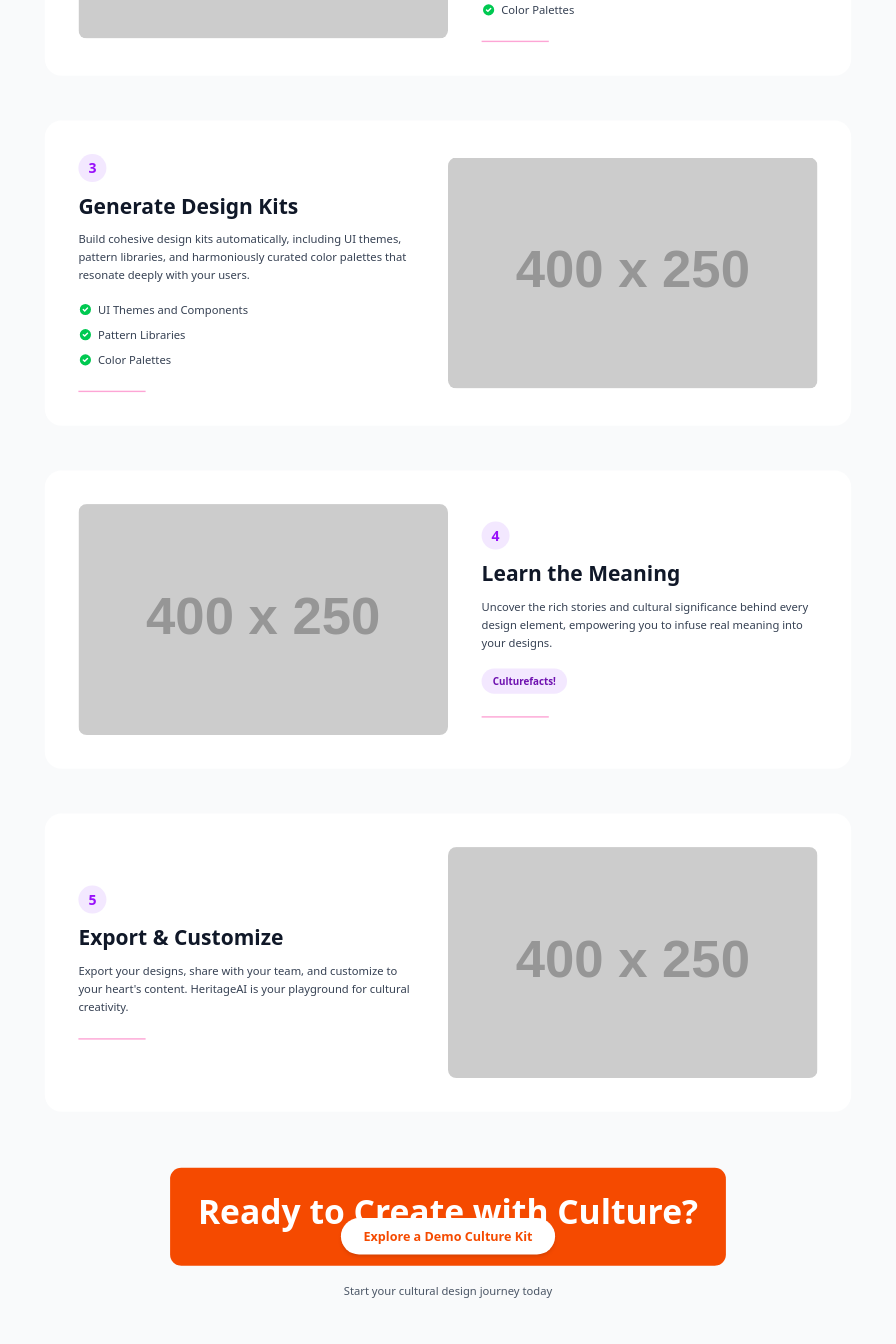
Repository: Em-driod/Heritage
Page: /
The author's editor kept a copy of each file at every save. The page is drawn from the files as they stood at one save, then again after the next save.
The browser window is 1280 px wide. The pictures show the part of the page from y = 4363 to 6283 px (the page is 6283 px tall), at 70% of full size.
The project was rebuilt for these pictures with package versions that can differ from the ones it lists, and the page was loaded fresh each time. Also part of the build but not shown: vite.config.ts.

Above is the page before, as saved 2025-07-08 16:34:04.

### src/App.tsx
// src/App.tsx
import React from 'react';
import { BrowserRouter as Router, Route, Routes } from 'react-router-dom';
import Home from './pages/home';



const App: React.FC = () => {
  return (
    <Router>
      <div>


        <Routes>
          <Route path="/" element={<Home />} />


        </Routes>
      </div>
    </Router>
  );
};

export default App;

### src/pages/home.tsx
import Hero from "../components/Hero"
import Landsecont from "../components/landsecont"
import Landthird from "../components/landthird"
import Landfourth from "../components/landfourth"
import Landfifth from "../components/landfifth"

const Home = () => {
  return (
    <div>
      <Hero />
      <Landsecont />
      <Landthird />
     <Landfourth />
     <Landfifth />
    </div>
  )
}

export default Home

### src/components/landthird.tsx


const Landthird = () => {
  return (
    <div className="flex justify-center items-center py-20 px-4 sm:px-6 lg:px-8 bg-white">
      <div className="flex flex-col lg:flex-row items-center justify-center gap-8 w-full max-w-6xl">

        {/* Card 1: 2 minutes search */}
        <div className="flex-1 bg-white border border-orange-300 rounded-xl shadow-lg p-6 text-center h-48 flex flex-col justify-center transition-transform duration-300 hover:scale-105">
          <p className="text-3xl font-bold text-red-500 mb-2">
            2 minutes search
            <br />
            with <span className="bg-yellow-300 px-1 rounded-md">HeritageAI</span>
          </p>
          <p className="text-sm text-gray-600">
            Vs. Traditional research today
          </p>
        </div>

        {/* Card 2: 85% Success */}
        <div className="flex-1 bg-white border border-orange-300 rounded-xl shadow-lg p-6 text-center h-48 flex flex-col justify-center transition-transform duration-300 hover:scale-105">
          <p className="text-3xl font-bold text-orange-500 mb-2">
            85%
            <br />
            Success
          </p>
          <p className="text-sm text-gray-600">
            vs Generic search
          </p>
        </div>

        {/* Card 3: 10x faster discoveries */}
        <div className="flex-1 bg-white border border-orange-300 rounded-xl shadow-lg p-6 text-center h-48 flex flex-col justify-center transition-transform duration-300 hover:scale-105">
          <p className="text-3xl font-bold text-blue-500 mb-2">
            10x faster
            <br />
            discoveries
          </p>
          <p className="text-sm text-gray-600">
            with <span className="bg-yellow-300 px-1 rounded-md">HeritageAI</span>
          </p>
        </div>

      </div>
    </div>
  );
};

export default Landthird;

### src/components/landfourth.tsx
import React from 'react';

const Landfourth = () => {
  return (
    <div className="bg-[#fef8f5] min-h-screen flex flex-col items-center justify-center py-20 px-4 sm:px-6 lg:px-8">
      {/* Top Section: What HeritageAI Gives You */}
      <div className="text-center mb-16">
        <div className="inline-flex items-center bg-white rounded-full py-2 px-4 shadow-sm mb-6">
          <img
            src="/path-to-heritageai-icon.png" // Placeholder, replace with your actual icon path
            alt="HeritageAI Icon"
            className="w-6 h-6 mr-2"
          />
          <span className="text-sm font-semibold text-gray-800">What HeritageAI Gives You</span>
        </div>
        <h1 className="text-5xl sm:text-6xl font-bold text-gray-900 leading-tight">
          One click.
          <br />
          Infinite heritage.
        </h1>
      </div>

      {/* Cards Section */}
      <div className="grid grid-cols-1 md:grid-cols-2 lg:grid-cols-4 gap-8 max-w-6xl w-full">

        {/* Card 1: Design kits */}
        <div className="bg-white rounded-2xl shadow-lg p-6 flex flex-col items-start text-left">
          <img
            src="/path-to-design-kits-icon.png" // Placeholder, replace with your actual icon path
            alt="Design kits icon"
            className="w-12 h-12 mb-4"
          />
          <h3 className="text-xl font-semibold text-gray-900 mb-2">Design kits</h3>
          <p className="text-gray-600 text-sm mb-4">
            Ready to use palettes, icons
            <br />
            textures
          </p>
          <div className="flex space-x-2 mt-auto">
            <div className="w-8 h-8 rounded-full bg-pink-500 border-2 border-white shadow"></div>
            <div className="w-8 h-8 rounded-full bg-cyan-500 border-2 border-white shadow"></div>
            <div className="w-8 h-8 rounded-full bg-purple-500 border-2 border-white shadow"></div>
          </div>
        </div>

        {/* Card 2: Cultural Context */}
        <div className="bg-white rounded-2xl shadow-lg p-6 flex flex-col items-start text-left">
          <img
            src="/path-to-cultural-context-icon.png" // Placeholder, replace with your actual icon path
            alt="Cultural Context icon"
            className="w-12 h-12 mb-4"
          />
          <h3 className="text-xl font-semibold text-gray-900 mb-2">Cultural Context</h3>
          <p className="text-gray-600 text-sm mb-4">
            Every visual comes with a short
            <br />
            short or symbol meaning
          </p>
          <div className="flex items-center text-gray-700 font-medium mt-auto">
            <svg className="w-5 h-5 mr-2 text-gray-500" fill="currentColor" viewBox="0 0 20 20" xmlns="http://www.w3.org/2000/svg">
              <path fillRule="evenodd" d="M4 4a2 2 0 012-2h4.586A2 2 0 0112 2.414L14.586 5A2 2 0 0115 6.414V16a2 2 0 01-2 2H6a2 2 0 01-2-2V4zm2 6a1 1 0 011-1h6a1 1 0 110 2H7a1 1 0 01-1-1zm1 3a1 1 0 100 2h6a1 1 0 100-2H7z" clipRule="evenodd"></path>
            </svg>
            Rich storytelling
          </div>
        </div>

        {/* Card 3: Export Ready */}
        <div className="bg-white rounded-2xl shadow-lg p-6 flex flex-col items-start text-left">
          <img
            src="/path-to-export-ready-icon.png" // Placeholder, replace with your actual icon path
            alt="Export Ready icon"
            className="w-12 h-12 mb-4"
          />
          <h3 className="text-xl font-semibold text-gray-900 mb-2">Export Ready</h3>
          <p className="text-gray-600 text-sm mb-4">
            Use in Figma, Canva, Webflow,
            <br />
            or even download
          </p>
          <div className="flex space-x-2 mt-auto">
            <img src="/path-to-figma-icon.png" alt="Figma icon" className="w-8 h-8" /> {/* Placeholder */}
            <img src="/path-to-canva-icon.png" alt="Canva icon" className="w-8 h-8" /> {/* Placeholder */}
            <img src="/path-to-webflow-icon.png" alt="Webflow icon" className="w-8 h-8" /> {/* Placeholder */}
          </div>
        </div>

        {/* Card 4: More Than Visuals */}
        <div className="bg-white rounded-2xl shadow-lg p-6 flex flex-col items-start text-left">
          <img
            src="/path-to-more-than-visuals-icon.png" // Placeholder, replace with your actual icon path
            alt="More Than Visuals icon"
            className="w-12 h-12 mb-4"
          />
          <h3 className="text-xl font-semibold text-gray-900 mb-2">More Than Visuals</h3>
          <p className="text-gray-600 text-sm mb-4">
            Build brand identity rooted in
            <br />
            something real.
          </p>
          <div className="flex items-center text-gray-700 font-medium mt-auto">
            <svg className="w-5 h-5 mr-2 text-gray-500" fill="currentColor" viewBox="0 0 20 20" xmlns="http://www.w3.org/2000/svg">
              <path fillRule="evenodd" d="M10 18a8 8 0 100-16 8 8 0 000 16zm3.707-9.293a1 1 0 00-1.414-1.414L9 10.586 7.707 9.293a1 1 0 00-1.414 1.414l2 2a1 1 0 001.414 0l4-4z" clipRule="evenodd"></path>
            </svg>
            Authentic foundations
          </div>
        </div>

      </div>
    </div>
  );
};

export default Landfourth;

### src/components/landfifth.tsx
import React from 'react';

const Landfifth = () => {
  return (
    <div className="bg-gray-50 py-16 px-4 sm:px-6 lg:px-8">
      {/* Header Section */}
      <div className="text-center mb-16 max-w-2xl mx-auto">
        <div className="flex items-center justify-center mb-4">
          <svg className="w-10 h-10 text-purple-600" fill="none" stroke="currentColor" viewBox="0 0 24 24" xmlns="http://www.w3.org/2000/svg">
            <path strokeLinecap="round" strokeLinejoin="round" strokeWidth="1.5" d="M19 11H5m14 0a2 2 0 012 2v6a2 2 0 01-2 2H5a2 2 0 01-2-2v-6a2 2 0 012-2m14 0V9a2 2 0 00-2-2M5 11V9a2 2 0 012-2m0 0V5a2 2 0 012-2h6a2 2 0 012 2v2M7 7h10" />
          </svg>
        </div>
        <h1 className="text-4xl sm:text-5xl font-bold text-gray-900 leading-tight">
          From Culture to Creation.
        </h1>
        <p className="mt-2 text-lg text-gray-600">
          In Seconds
        </p>
      </div>

      {/* Main Content Sections */}
      <div className="max-w-6xl mx-auto space-y-16">

        {/* Section 1: Pick a Culture */}
        <div className="flex flex-col lg:flex-row items-center justify-between bg-white rounded-3xl p-6 sm:p-10 lg:p-12">
          <div className="lg:w-1/2 lg:pr-12 mb-8 lg:mb-0 text-center lg:text-left">
            <span className="inline-flex items-center justify-center w-10 h-10 rounded-full bg-purple-100 text-purple-600 text-xl font-bold mb-4">
              1
            </span>
            <h2 className="text-3xl font-semibold text-gray-900 mb-4">
              Pick a Culture
            </h2>
            <p className="text-gray-700 leading-relaxed">
              Choose from hundreds of rich cultural and traditional designs to define your unique aesthetic. HeritageAI allows you to explore the legacy and visual identity.
            </p>
            <div className="hidden lg:block h-0.5 bg-pink-300 w-24 mt-8"></div> {/* Separator */}
          </div>
          <div className="lg:w-1/2">
            <div className="relative">
              <img
                src="https://via.placeholder.com/400x250/F8F8F8/000000?text=Masks+Image" // Placeholder for Masks image
                alt="Cultural Masks"
                className="w-full h-auto rounded-xl"
              />
              <div className="lg:hidden absolute bottom-0 left-0 w-full h-0.5 bg-pink-300"></div> {/* Separator for mobile */}
            </div>
          </div>
        </div>

        {/* Section 2: AI Analyzes Patterns */}
        <div className="flex flex-col lg:flex-row-reverse items-center justify-between bg-white rounded-3xl p-6 sm:p-10 lg:p-12">
          <div className="lg:w-1/2 lg:pl-12 mb-8 lg:mb-0 text-center lg:text-left">
            <span className="inline-flex items-center justify-center w-10 h-10 rounded-full bg-purple-100 text-purple-600 text-xl font-bold mb-4">
              2
            </span>
            <h2 className="text-3xl font-semibold text-gray-900 mb-4">
              AI Analyzes Patterns
            </h2>
            <p className="text-gray-700 leading-relaxed mb-6">
              Our advanced AI studies traditional patterns, assorted colors, meaningful symbols, and authentic textures to generate the key elements.
            </p>
            <ul className="space-y-3 text-gray-700">
              <li className="flex items-center">
                <svg className="w-5 h-5 text-green-500 mr-2" fill="currentColor" viewBox="0 0 20 20"><path fillRule="evenodd" d="M10 18a8 8 0 100-16 8 8 0 000 16zm3.707-9.293a1 1 0 00-1.414-1.414L9 10.586 7.707 9.293a1 1 0 00-1.414 1.414l2 2a1 1 0 001.414 0l4-4z" clipRule="evenodd"></path></svg>
                UI Themes and Components
              </li>
              <li className="flex items-center">
                <svg className="w-5 h-5 text-green-500 mr-2" fill="currentColor" viewBox="0 0 20 20"><path fillRule="evenodd" d="M10 18a8 8 0 100-16 8 8 0 000 16zm3.707-9.293a1 1 0 00-1.414-1.414L9 10.586 7.707 9.293a1 1 0 00-1.414 1.414l2 2a1 1 0 001.414 0l4-4z" clipRule="evenodd"></path></svg>
                Pattern Libraries
              </li>
              <li className="flex items-center">
                <svg className="w-5 h-5 text-green-500 mr-2" fill="currentColor" viewBox="0 0 20 20"><path fillRule="evenodd" d="M10 18a8 8 0 100-16 8 8 0 000 16zm3.707-9.293a1 1 0 00-1.414-1.414L9 10.586 7.707 9.293a1 1 0 00-1.414 1.414l2 2a1 1 0 001.414 0l4-4z" clipRule="evenodd"></path></svg>
                Color Palettes
              </li>
            </ul>
            <div className="hidden lg:block h-0.5 bg-pink-300 w-24 mt-8"></div> {/* Separator */}
          </div>
          <div className="lg:w-1/2">
            <div className="relative">
              <img
                src="https://via.placeholder.com/400x250/F8F8F8/000000?text=Analyzed+Patterns+UI" // Placeholder for Analyzed Patterns UI
                alt="Analyzed Patterns UI"
                className="w-full h-auto rounded-xl"
              />
              <div className="lg:hidden absolute bottom-0 left-0 w-full h-0.5 bg-pink-300"></div> {/* Separator for mobile */}
            </div>
          </div>
        </div>

        {/* Section 3: Generate Design Kits */}
        <div className="flex flex-col lg:flex-row items-center justify-between bg-white rounded-3xl p-6 sm:p-10 lg:p-12">
          <div className="lg:w-1/2 lg:pr-12 mb-8 lg:mb-0 text-center lg:text-left">
            <span className="inline-flex items-center justify-center w-10 h-10 rounded-full bg-purple-100 text-purple-600 text-xl font-bold mb-4">
              3
            </span>
            <h2 className="text-3xl font-semibold text-gray-900 mb-4">
              Generate Design Kits
            </h2>
            <p className="text-gray-700 leading-relaxed mb-6">
              Build cohesive design kits automatically, including UI themes, pattern libraries, and harmoniously curated color palettes that resonate deeply with your users.
            </p>
            <ul className="space-y-3 text-gray-700">
              <li className="flex items-center">
                <svg className="w-5 h-5 text-green-500 mr-2" fill="currentColor" viewBox="0 0 20 20"><path fillRule="evenodd" d="M10 18a8 8 0 100-16 8 8 0 000 16zm3.707-9.293a1 1 0 00-1.414-1.414L9 10.586 7.707 9.293a1 1 0 00-1.414 1.414l2 2a1 1 0 001.414 0l4-4z" clipRule="evenodd"></path></svg>
                UI Themes and Components
              </li>
              <li className="flex items-center">
                <svg className="w-5 h-5 text-green-500 mr-2" fill="currentColor" viewBox="0 0 20 20"><path fillRule="evenodd" d="M10 18a8 8 0 100-16 8 8 0 000 16zm3.707-9.293a1 1 0 00-1.414-1.414L9 10.586 7.707 9.293a1 1 0 00-1.414 1.414l2 2a1 1 0 001.414 0l4-4z" clipRule="evenodd"></path></svg>
                Pattern Libraries
              </li>
              <li className="flex items-center">
                <svg className="w-5 h-5 text-green-500 mr-2" fill="currentColor" viewBox="0 0 20 20"><path fillRule="evenodd" d="M10 18a8 8 0 100-16 8 8 0 000 16zm3.707-9.293a1 1 0 00-1.414-1.414L9 10.586 7.707 9.293a1 1 0 00-1.414 1.414l2 2a1 1 0 001.414 0l4-4z" clipRule="evenodd"></path></svg>
                Color Palettes
              </li>
            </ul>
            <div className="hidden lg:block h-0.5 bg-pink-300 w-24 mt-8"></div> {/* Separator */}
          </div>
          <div className="lg:w-1/2">
            <div className="relative">
              <img
                src="https://via.placeholder.com/400x250/F8F8F8/000000?text=Design+Kit+UI" // Placeholder for Design Kit UI
                alt="Design Kit UI"
                className="w-full h-auto rounded-xl"
              />
              <div className="lg:hidden absolute bottom-0 left-0 w-full h-0.5 bg-pink-300"></div> {/* Separator for mobile */}
            </div>
          </div>
        </div>

        {/* Section 4: Learn the Meaning */}
        <div className="flex flex-col lg:flex-row-reverse items-center justify-between bg-white rounded-3xl p-6 sm:p-10 lg:p-12">
          <div className="lg:w-1/2 lg:pl-12 mb-8 lg:mb-0 text-center lg:text-left">
            <span className="inline-flex items-center justify-center w-10 h-10 rounded-full bg-purple-100 text-purple-600 text-xl font-bold mb-4">
              4
            </span>
            <h2 className="text-3xl font-semibold text-gray-900 mb-4">
              Learn the Meaning
            </h2>
            <p className="text-gray-700 leading-relaxed mb-6">
              Uncover the rich stories and cultural significance behind every design element, empowering you to infuse real meaning into your designs.
            </p>
            <div className="inline-block bg-purple-100 text-purple-800 px-4 py-2 rounded-full font-semibold text-sm">
              Culturefacts!
            </div>
            <div className="hidden lg:block h-0.5 bg-pink-300 w-24 mt-8"></div> {/* Separator */}
          </div>
          <div className="lg:w-1/2">
            <div className="relative">
              <img
                src="https://via.placeholder.com/400x250/F8F8F8/000000?text=Open+Book+Image" // Placeholder for Open Book image
                alt="Open Book with Cultural Info"
                className="w-full h-auto rounded-xl"
              />
              <div className="lg:hidden absolute bottom-0 left-0 w-full h-0.5 bg-pink-300"></div> {/* Separator for mobile */}
            </div>
          </div>
        </div>

        {/* Section 5: Export & Customize */}
        <div className="flex flex-col lg:flex-row items-center justify-between bg-white rounded-3xl p-6 sm:p-10 lg:p-12">
          <div className="lg:w-1/2 lg:pr-12 mb-8 lg:mb-0 text-center lg:text-left">
            <span className="inline-flex items-center justify-center w-10 h-10 rounded-full bg-purple-100 text-purple-600 text-xl font-bold mb-4">
              5
            </span>
            <h2 className="text-3xl font-semibold text-gray-900 mb-4">
              Export & Customize
            </h2>
            <p className="text-gray-700 leading-relaxed">
              Export your designs, share with your team, and customize to your heart's content. HeritageAI is your playground for cultural creativity.
            </p>
            <div className="hidden lg:block h-0.5 bg-pink-300 w-24 mt-8"></div> {/* Separator */}
          </div>
          <div className="lg:w-1/2">
            <div className="relative">
              <img
                src="https://via.placeholder.com/400x250/F8F8F8/000000?text=Computer+Workstation" // Placeholder for Computer Workstation image
                alt="Computer Workstation"
                className="w-full h-auto rounded-xl"
              />
              <div className="lg:hidden absolute bottom-0 left-0 w-full h-0.5 bg-pink-300"></div> {/* Separator for mobile */}
            </div>
          </div>
        </div>

      </div>

      {/* Call to Action Button at the Bottom - UPDATED */}
      <div className="text-center mt-20">
        <div className="relative inline-flex items-center justify-center px-10 py-5 bg-orange-600 font-semibold rounded-2xl overflow-hidden group transition duration-300 transform hover:scale-105 text-lg min-w-[300px] h-[100px] sm:min-w-[400px] sm:h-[120px] lg:min-w-[500px] lg:h-[140px]"> {/* Increased size for better visual match */}
          <span className="relative z-10 text-white text-3xl sm:text-4xl lg:text-5xl font-extrabold mb-4">Ready to Create with Culture?</span> {/* Text inside the main button */}
          <button className="absolute bottom-4 z-20 px-8 py-3 bg-white text-orange-600 font-semibold rounded-full shadow-md hover:shadow-lg transition duration-200 text-base sm:text-lg"> {/* Inner white button */}
            Explore a Demo Culture Kit
          </button>
        </div>
        <p className="mt-6 text-gray-600 text-base"> {/* Adjusted margin-top */}
          Start your cultural design journey today
        </p>
      </div>
    </div>
  );
};

export default Landfifth;

Loaded but not shown: index.html (common file); src/main.tsx (common file); src/index.css (common file); src/components/Hero.tsx (226 lines, source omitted); src/components/landsecont.tsx (214 lines, source omitted)

After the next save:
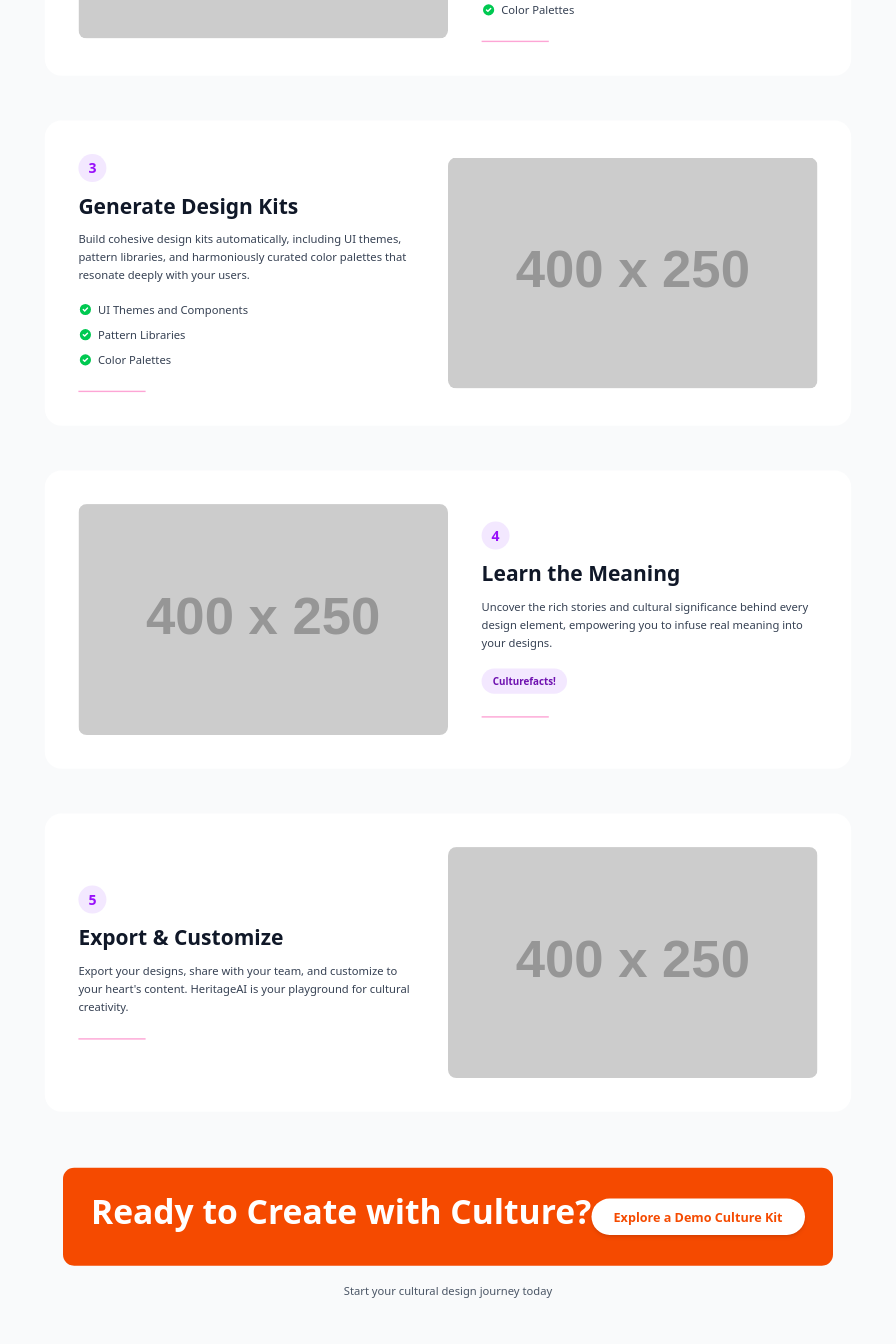
Saved 64 s later.
--- a/src/components/landfifth.tsx
+++ b/src/components/landfifth.tsx
@@ -186,9 +186,9 @@
 
       {/* Call to Action Button at the Bottom - UPDATED */}
       <div className="text-center mt-20">
-        <div className="relative inline-flex items-center justify-center px-10 py-5 bg-orange-600 font-semibold rounded-2xl overflow-hidden group transition duration-300 transform hover:scale-105 text-lg min-w-[300px] h-[100px] sm:min-w-[400px] sm:h-[120px] lg:min-w-[500px] lg:h-[140px]"> {/* Increased size for better visual match */}
-          <span className="relative z-10 text-white text-3xl sm:text-4xl lg:text-5xl font-extrabold mb-4">Ready to Create with Culture?</span> {/* Text inside the main button */}
-          <button className="absolute bottom-4 z-20 px-8 py-3 bg-white text-orange-600 font-semibold rounded-full shadow-md hover:shadow-lg transition duration-200 text-base sm:text-lg"> {/* Inner white button */}
+        <div className=" inline-flex items-center justify-center px-10 py-5 bg-orange-600 font-semibold rounded-2xl overflow-hidden group transition duration-300 transform hover:scale-105 text-lg min-w-[300px] h-[100px] sm:min-w-[400px] sm:h-[120px] lg:min-w-[500px] lg:h-[140px]"> {/* Increased size for better visual match */}
+          <span className="  text-white text-3xl sm:text-4xl lg:text-5xl font-extrabold mb-4">Ready to Create with Culture?</span> {/* Text inside the main button */}
+          <button className=" bottom-4 z-20 px-8 py-3 bg-white text-orange-600 font-semibold rounded-full shadow-md hover:shadow-lg transition duration-200 text-base sm:text-lg"> {/* Inner white button */}
             Explore a Demo Culture Kit
           </button>
         </div>
